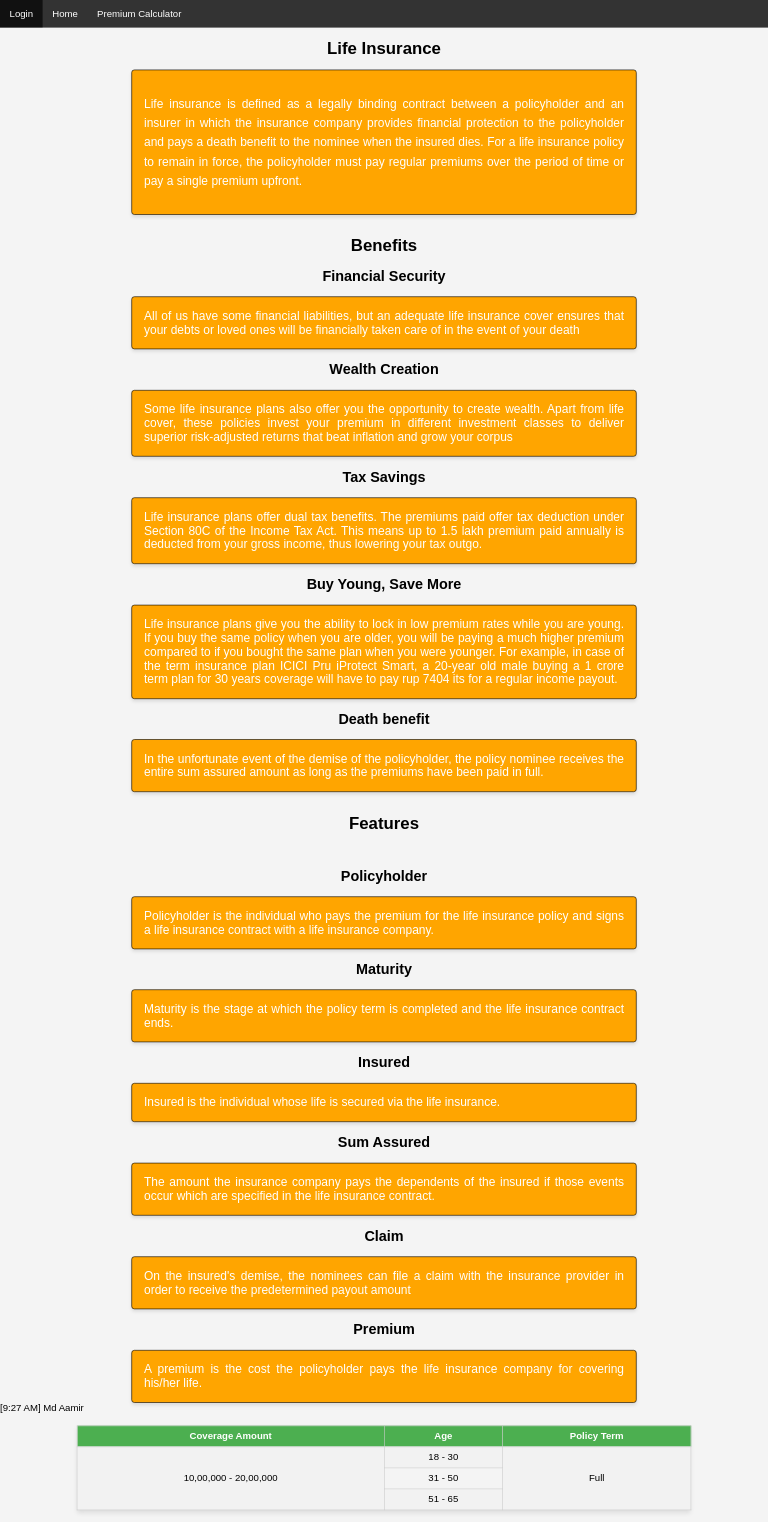
Repository: sowmini-nats/git-spring-project
Page: http://localhost/InsuranceAutomationSystem/LifeCare.jsp
These files come from the project's save history. The page is drawn as it stood at one moment and after the next save; the edit follows.
The browser window is 1280 px wide. The pictures show the whole page, at 60% of full size.
The page is served by Tomcat 10. Other server files are loaded and not shown.

Above is the page before, as saved 2023-10-31 04:00:06.

### eclipse-workspace-jspassessment/InsuranceAutomationSystem/src/main/webapp/LifeCare.jsp
<%@ page language="java" contentType="text/html; charset=UTF-8"
    pageEncoding="UTF-8"%>
<!DOCTYPE html>
<html>
<head>
<meta charset="UTF-8">
<title>Home</title>
<style>
    body {
        font-family: arial;
        background-color: #f4f4f4;
        margin: 0;
        padding: 0;
    }

    .container {
        max-width: 800px;
        margin: 0 auto;
        background-color:orange;
        border: 1px solid black;
        border-radius: 5px;
        box-shadow: 0 4px 6px rgba(0, 0, 0, 0.1);
        padding: 20px;
        font-size: 20px;
        text-align:justify;
        color:white;
    }
    .benefit {
        max-width: 800px;
        margin: 0 auto;
        background-color: orange;
        border: 1px solid black;
        border-radius: 5px;
        box-shadow: 0 4px 6px rgba(0, 0, 0, 0.1);
        padding: 20px;
        font-size: 20px;
        text-align:justify;
        color:white;
    }
    .feature {
        max-width: 800px;
        margin: 0 auto;
        background-color: orange;
        border: 1px solid black;
        border-radius: 5px;
        box-shadow: 0 4px 6px rgba(0, 0, 0, 0.1);
        padding: 20px;
        font-size: 20px;
        text-align:justify;
        color:white;
    }

    h1 {
        font-size: 28px;
        color:black;
        text-align: center;
    }

    .content {
        font-size: 20px;
        line-height: 1.6;
        color:white;
    }

    .astyle {
        display: inline-block;
        margin: 10px;
        padding: 10px 20px;
        background-color: #007bff;
        color: #fff;
        text-decoration: none;
        border: none;
        border-radius: 5px;
        font-weight: bold;
        text-align: center;
    }

    a:hover {
        background-color: #0056b3;
    }

    table {
        border-collapse: collapse;
        width: 80%;
        margin: 20px auto;
        box-shadow: 0 4px 8px rgba(0,0,0,0.1); /* Add shadow */
        border: 1px solid #ccc; /* Add border */
    }
    th, td {
        border: 1px solid #ccc;
        padding: 8px;
        text-align: center;
        transition: background-color 0.3s; /* Add transition */
    }

    tr:nth-child(even) {
        background-color: #f2f2f2;
    }

    th {
        background-color: #4CAF50;
        color: white;
    }

    th:hover, td:hover {
        background-color: #f9f9f9; /* Change color on hover */
    }

</style>
</head>
<body>
<jsp:include page="navbar.jsp"/>
<center>
<div>
    <h1>Life Insurance</h1>
    </div>
    <div class="container">
    <p class="content">Life insurance is defined as a legally binding contract between a policyholder and an insurer in which the insurance company provides financial protection to the policyholder and pays a death benefit to the nominee when the insured dies. For a life insurance policy to remain in force, the policyholder must pay regular premiums over the period of time or pay a single premium upfront.</p>
</div>
<br>
<h1>Benefits</h1>

<h2 >Financial Security</h2>
<div class="benefit">All of us have some financial liabilities, but an adequate life insurance cover ensures that your debts or loved ones will be financially taken care of in the event of your death</div>
<h2>Wealth Creation </h2>
<div class="benefit">Some life insurance plans also offer you the opportunity to create wealth. Apart from life cover, these policies invest your premium in different investment classes to deliver superior risk-adjusted returns that beat inflation and grow your corpus</div>
<h2>Tax Savings </h2>
<div class="benefit">Life insurance plans offer dual tax benefits. The premiums paid offer tax deduction under Section 80C of the Income Tax Act. This means up to  1.5 lakh premium paid annually is deducted from your gross income, thus lowering your tax outgo.</div>
<h2>Buy Young, Save More</h2>
<div class="benefit">Life insurance plans give you the ability to lock in low premium rates while you are young. If you buy the same policy when you are older, you will be paying a much higher premium compared to if you bought the same plan when you were younger. For example, in case of the term insurance plan ICICI Pru iProtect Smart, a 20-year old male buying a 1 crore term plan for 30 years coverage will have to pay rup 7404 its for a regular income payout.</div>
<h2>Death benefit</h2>
<div class="benefit">In the unfortunate event of the demise of the policyholder, the policy nominee receives the entire sum assured amount as long as the premiums have been paid in full.</div>

<br>

<h1>Features</h1><br>
<h2>Policyholder</h2><div class="feature">Policyholder is the individual who pays the premium for the life insurance policy and signs a life insurance contract with a life insurance company.</div>
<h2>Maturity </h2><div class="feature">Maturity is the stage at which the policy term is completed and the life insurance contract ends.</div>
<h2>Insured</h2> <div class="feature">Insured is the individual whose life is secured via the life insurance.</div>
<h2>Sum Assured</h2> <div class="feature"></h2> The amount the insurance company pays the dependents of the insured if those events occur which are specified in the life insurance contract.</div>
<h2>Claim</h2> <div class="feature"> On the insured's demise, the nominees can file a claim with the insurance provider in order to receive the predetermined payout amount</div>
<h2>Premium</h2><div class="feature">A premium is the cost the policyholder pays the life insurance company for covering his/her life.</div>
</center>



[9:27 AM] Md Aamir
<table>
    <tr>
    <th>Coverage Amount</th>
    <th>Age</th>
    <th>Policy Term</th>
    </tr>
    <tr>
    <td rowspan="3">10,00,000 - 20,00,000</td>
    <td>18 - 30</td>
    <td rowspan="3">Full</td></tr>
    <tr><td>31 - 50</td></tr>
    <tr><td>51 - 65</td></tr>

</table>
</body>
</html>

### eclipse-workspace-jspassessment/InsuranceAutomationSystem/src/main/webapp/navbar.jsp
<%@ page language="java" contentType="text/html; charset=UTF-8" pageEncoding="UTF-8"%>
<!DOCTYPE html>
<html>
<head>
    <meta charset="UTF-8">
    <title>Navigation Bar</title>

</head>
<body>
<% if (session.getAttribute("role") != null) {
    if (session.getAttribute("role").toString().equals("Agent")) {
%>
<ul>
  	<li><a href="/home">Home</a></li>
    <li><a href="/customer/customer-agent-list">Customers</a></li>
    <li><a href="/policy/policy-details">Policies</a></li>
    <li><a href="/premium-calculator">Premium Calculator</a></li>
    <li><a href="/logout">Logout</a></li>
</ul>
<% } else if (session.getAttribute("role").toString().equals("Manager")){ %>
<ul>
  	<li><a href="/home">Home</a></li>
    <li><a href="/manager-customer-detail">Customers & Policies</a></li>
    <li><a href="/agent-detail-all">Agents</a></li>
    <li><a href="/premium-calculator">Premium Calculator</a></li>
    <li><a href="/logout">Logout</a></li>
</ul>
<% } else if (session.getAttribute("role").toString().equals("Customer")){ %>
<ul>
  	<li><a href="/home">Home</a></li>
    <li><a href="/customer/profile">Profile</a></li>
    <li><a href="/customer/policy">View Policy</a></li>
    <li><a href="/premium-calculator">Premium Calculator</a></li>
    <li><a href="/logout">Logout</a></li>
</ul>
<% } else if (session.getAttribute("role").toString().equals("Admin")){ %>
<ul>
  	<li><a href="/home">Home</a></li>
    <li><a href="/admin/customer-list">Customers</a></li>
    <li><a href="/admin/agent-list">Agents</a></li>
    <li><a href="/admin/policy-list">Policies</a></li>
    <li><a href="/logout">Logout</a></li>
</ul>
<% } } else { %>
<ul>
    <li><a href="/login">Login</a></li>
    <li><a href="/home">Home</a></li>
    <li><a href="/premium-calculator">Premium Calculator</a></li>
</ul>
<% } %>

<style>
ul {
  list-style-type: none;
  margin: 0;
  padding: 0;
  overflow: hidden;
  background-color: #333;
}

li {
  float: left;
}

li a {
  display: block;
  color: white;
  text-align: center;
  padding: 14px 16px;
  text-decoration: none;
}

li a:hover:not(.active) {
  background-color: #111;
}

.active {
  background-color: #04AA6D;
}
</style>

</body>

</html>

After the next save:
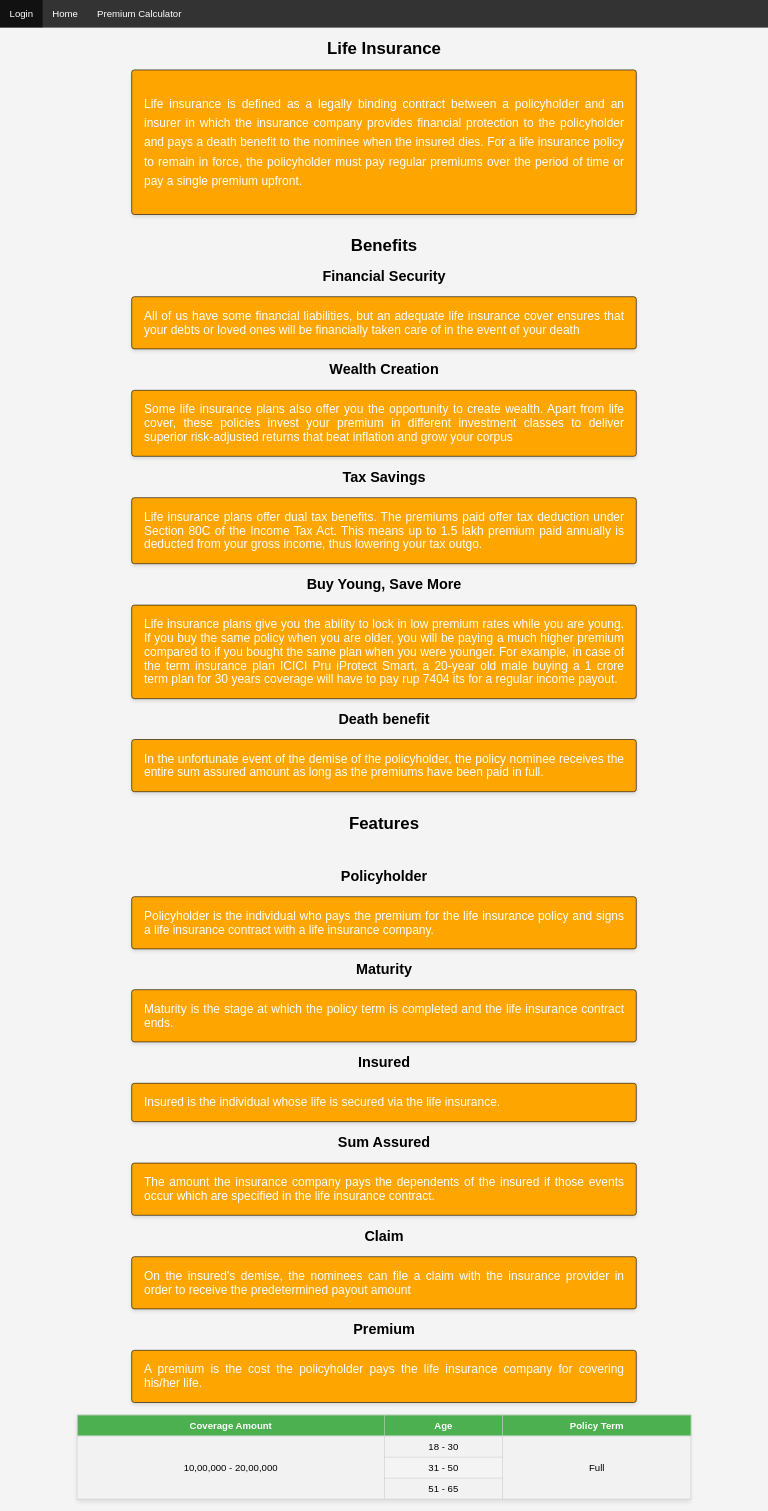
Saved 19 s later.
--- a/eclipse-workspace-jspassessment/InsuranceAutomationSystem/src/main/webapp/LifeCare.jsp
+++ b/eclipse-workspace-jspassessment/InsuranceAutomationSystem/src/main/webapp/LifeCare.jsp
@@ -144,7 +144,6 @@
 
 
 
-[9:27 AM] Md Aamir
 <table>
     <tr>
     <th>Coverage Amount</th>
